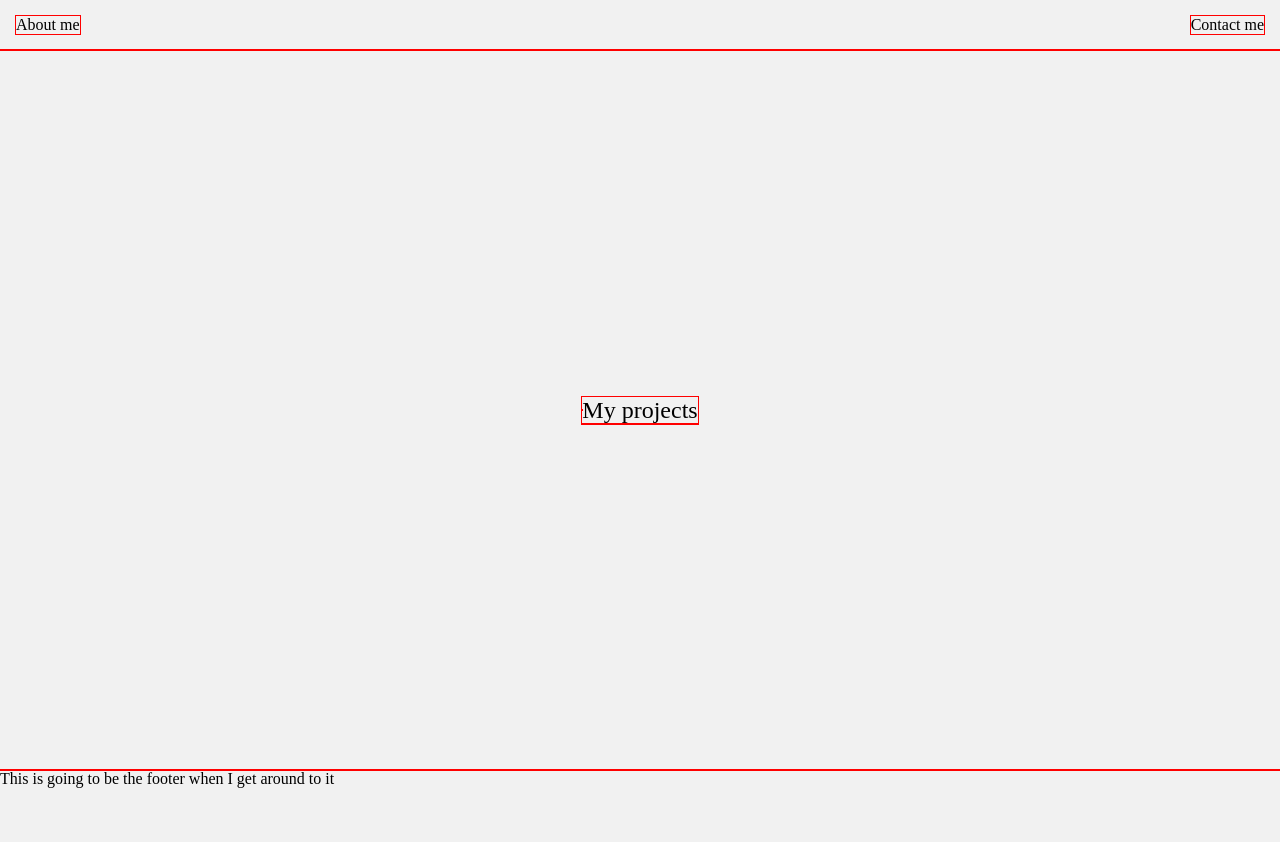
Repository: lynn-the-owl/lynnhtet
Page: index.html
The author's editor kept a copy of each file at every save. The page is drawn from the files as they stood at one save, then again after a run of saves.
The browser window is 1280 px wide. The pictures show the whole page.
Some web fonts or font styles are not loaded; a fallback is used. Some web libraries are served in a nearby version.

Above is the page before, as saved 2023-10-10 00:28:23.

After the next 7 saves:
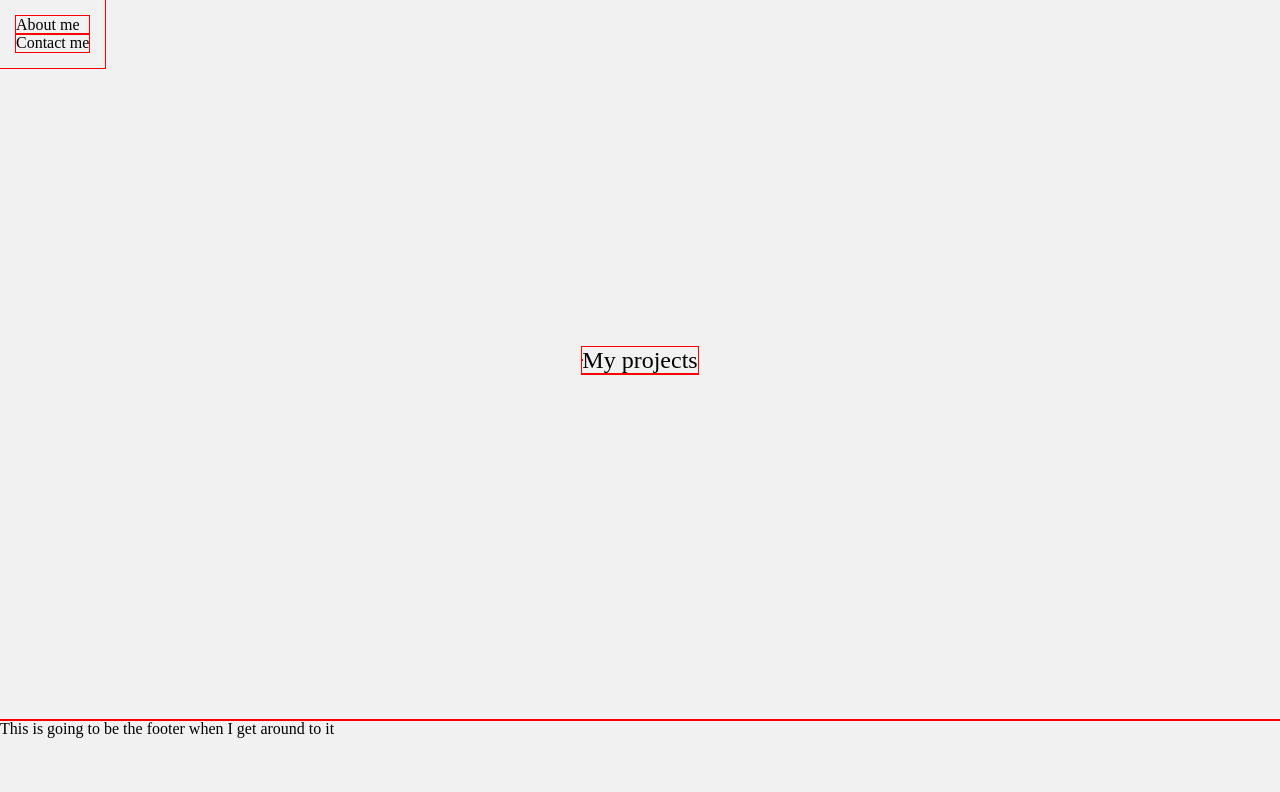
The 7 saves are shown as one change because they came seconds apart.
The last was saved 21 s later.
--- a/style.css
+++ b/style.css
@@ -26,10 +26,11 @@ p {
 
 
 .header {
+    position: absolute;
     padding: 1em;
-    display: flex;
-    justify-content: space-between;
 }
+
+
 .me {
     opacity: 1;
     flex-grow: 4;
